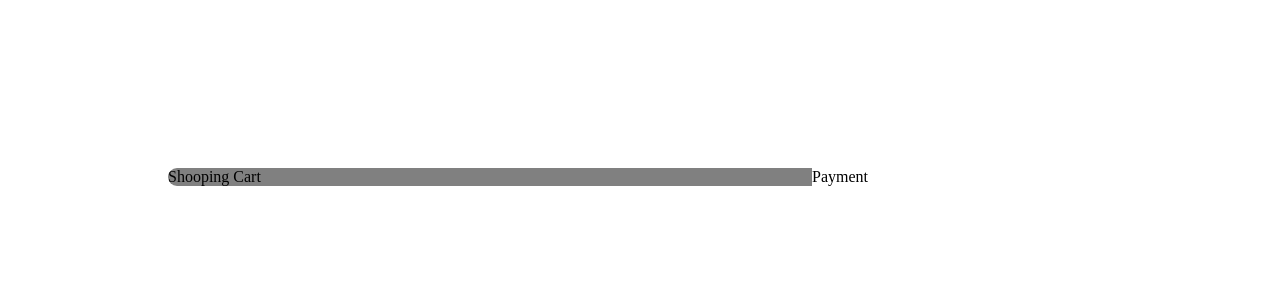
Repository: NDBaoFE/pizza-ordering-hiep
Page: /checkout
These files come from the project's save history. The page is drawn as it stood at one moment and after a run of saves; the edit follows.
The browser window is 1280 px wide. The pictures show the whole page.
The project was rebuilt for these pictures with package versions that can differ from the ones it lists, and the page was loaded fresh each time.

Above is the page before, as saved 2022-08-27 21:49:35.

### public/index.html
<!DOCTYPE html>
<html lang="en">
  <head>
    <meta charset="utf-8" />
    <link rel="icon" href="%PUBLIC_URL%/avatar.png" />
    <meta name="viewport" content="width=device-width, initial-scale=1" />
    <meta name="theme-color" content="#000000" />
    <link rel="apple-touch-icon" href="%PUBLIC_URL%/avatar.png" />
    <title>Pizza Ordering</title>
  </head>
  <body>
    <noscript>You need to enable JavaScript to run this app.</noscript>
    <div id="root"></div>
  </body>
</html>

### src/App.js
import RouterComponent from './router'

function App() {
  return <>{RouterComponent}</>
}

export default App

### src/router/index.js
import { BrowserRouter, Routes, Route } from 'react-router-dom'
import Checkout from '../pages/Checkout'

const privateRoutes = [{ name: 'checkout', path: '/checkout', element: <Checkout /> }]

const RouterComponent = (
  <BrowserRouter>
    <Routes>
      {privateRoutes.map((route) => (
        <Route key={route.name} path={route.path} element={route.element} />
      ))}
    </Routes>
  </BrowserRouter>
)

export default RouterComponent

### src/pages/Checkout/index.jsx
import React from 'react'
import * as Styled from './Checkout.styled'

const Checkout = (props) => {
  return (
    <Styled.Background>
      <Styled.Cart>Shooping Cart</Styled.Cart>
      <Styled.Payment>Payment</Styled.Payment>
    </Styled.Background>
  )
}

Checkout.propTypes = {}

export default Checkout

### src/pages/Checkout/Checkout.styled.js
import styled from 'styled-components'

export const Background = styled.div`
  padding: 10rem;
  display: flex;
`
export const Cart = styled.div`
  display: block;
  background-color: gray;
  width: 100%;
  height: auto;
  flex: 1;
  border-top-left-radius: 40px;
  border-bottom-left-radius: 40px;
`
export const Payment = styled.div`
  min-width: 300px;
`

Loaded but not shown: src/index.js (common file)

After the next 2 saves:
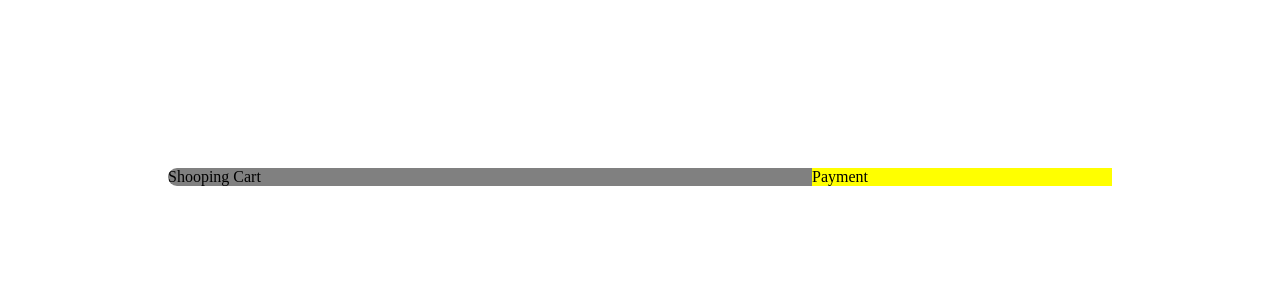
The 2 saves are shown as one change because they came seconds apart.
The last was saved 18 s later.
--- a/src/pages/Checkout/Checkout.styled.js
+++ b/src/pages/Checkout/Checkout.styled.js
@@ -15,4 +15,5 @@ export const Cart = styled.div`
 `
 export const Payment = styled.div`
   min-width: 300px;
+  background-color: yellow;
 `
